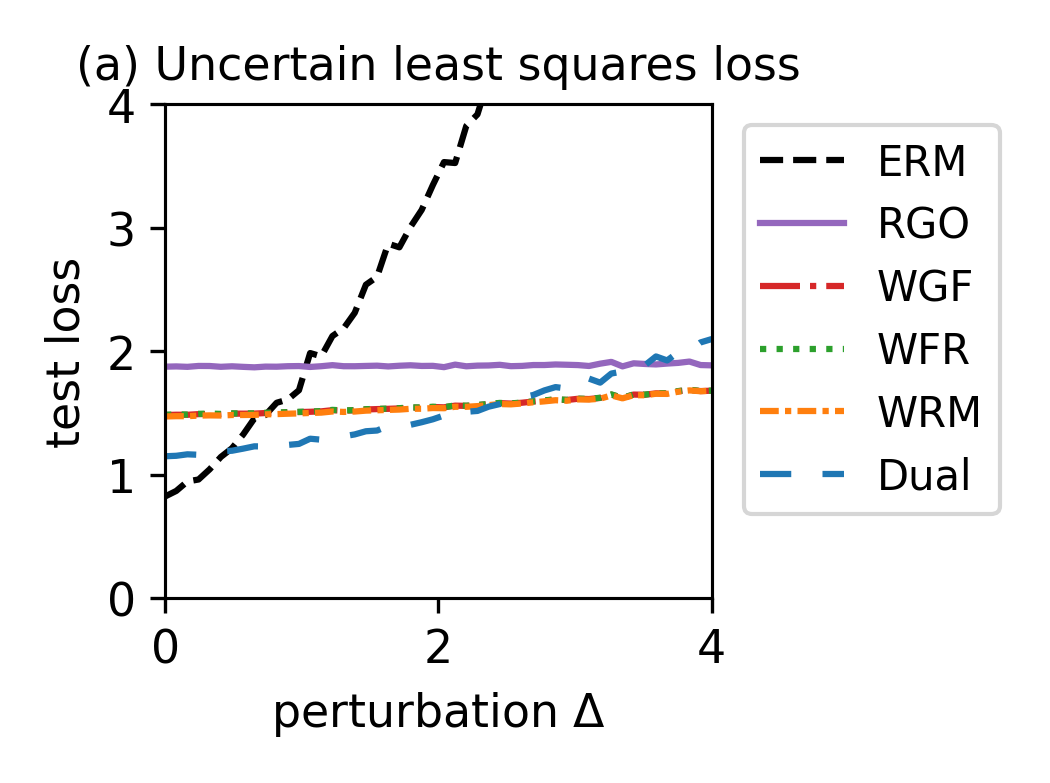
Repository: ZusenXu/GFS-DRO
Script's output: python uncertain_least_squares/uncertain_least_squares.py
The author's editor kept a copy of each file at every save. The script's output is drawn from the files as they stood at one save, then again after the next save.
Random numbers start from a fixed seed.

Above is the script's output before, as saved 2025-09-13 21:35:02.

### uncertain_least_squares/uncertain_least_squares.py
import numpy as np
import matplotlib.pyplot as plt
from scipy.optimize import minimize
from scipy.special import logsumexp

# --- 1. 实验设置与参数定义 ---
# 定义问题的维度
DIM_M = 10  # 矩阵 A 的行数
DIM_N = 10  # 矩阵 A 的列数 (theta 的维度)

# 定义训练/测试样本数量
N_TRAIN_SAMPLES = 20
N_TEST_SAMPLES = 1000

# 定义分布偏移的扰动范围
DELTA_MIN = 0.0
DELTA_MAX = 4.0
DELTA_STEPS = 50

# --- DRO 算法超参数 ---
N_EPOCHS = 50 # 外部优化的迭代轮数
LEARNING_RATE = 0.01 # 外部优化 theta 的学习率
LAMBDA_VAL = 0.2 # 正则化参数 lambda
EPSILON = 0.4 # 熵正则化参数 epsilon
GRAD_CLIP_THRESHOLD = 10.0 # 梯度裁剪阈值，防止梯度爆炸

# RGO (算法2) 特定参数
RGO_SMOOTHNESS_L = 0.5 # 假设的损失函数平滑度 L (需满足 LAMBDA_VAL > L/2)

# WGF (算法3), WFR (算法4), WRM 特定参数
K_INNER_STEPS = 50  # 内部循环迭代次数 K (现在作为基准次数)
INNER_STEP_SIZE = 0.01 # 内部循环步长 eta
WFR_WEIGHT_STEP_SIZE = 0.08 # WFR 中权重更新的步长

# WGF, WFR, RGO 特定参数
M_PARTICLES = 5 # 使用的粒子(样本)数量

# Dual 方法特定参数
SINKHORN_SAMPLE_LEVEL = 4 # Dual 方法的蒙特卡洛采样级别

# --- 2. 生成固定的问题实例 ---
np.random.seed(42)
A0 = np.random.randn(DIM_M, DIM_N)
A1 = np.random.randn(DIM_M, DIM_N)
b = np.random.randn(DIM_M)

# --- 3. 数据生成函数 ---
def generate_training_data(n_samples):
    return np.random.uniform(-0.5, 0.5, n_samples)

def generate_test_data(n_samples, delta):
    lower_bound = -0.5 * (1 + delta)
    upper_bound = 0.5 * (1 + delta)
    return np.random.uniform(lower_bound, upper_bound, n_samples)

# --- 4. 核心函数定义 (Vectorized) ---
def loss_function(theta, z):
    """ 计算单个样本或一批样本 z 的损失 f_theta(z) """
    z = np.atleast_1d(z)
    # A_z shape: (num_z, DIM_M, DIM_N)
    A_z = A0[np.newaxis, :, :] + z[:, np.newaxis, np.newaxis] * A1[np.newaxis, :, :]
    # residual shape: (num_z, DIM_M)
    residual = A_z @ theta - b[np.newaxis, :]
    # loss shape: (num_z,)
    loss = np.sum(residual**2, axis=1) / DIM_M
    return loss.squeeze()

def loss_grad_theta(theta, z):
    """ 计算损失函数关于 theta 的梯度 nabla_theta f_theta(z) for one or a batch of z """
    z = np.atleast_1d(z)
    # A_z shape: (num_z, DIM_M, DIM_N)
    A_z = A0[np.newaxis, :, :] + z[:, np.newaxis, np.newaxis] * A1[np.newaxis, :, :]
    # residual shape: (num_z, DIM_M)
    residual = A_z @ theta - b[np.newaxis, :]
    # grad shape: (num_z, DIM_N)
    grad = 2 * (A_z.transpose(0, 2, 1) @ residual[:, :, np.newaxis]).squeeze(axis=2)
    return grad.squeeze()

def loss_grad_z(theta, z):
    """ 计算损失函数关于 z 的梯度 nabla_z f_theta(z) for one or a batch of z """
    z = np.atleast_1d(z)
    # A_z shape: (num_z, DIM_M, DIM_N)
    A_z = A0[np.newaxis, :, :] + z[:, np.newaxis, np.newaxis] * A1[np.newaxis, :, :]
    # residual shape: (num_z, DIM_M)
    residual = A_z @ theta - b[np.newaxis, :]
    # grad_A_z is A1 @ theta, shape: (DIM_M,)
    grad_A_z = A1 @ theta
    # grad shape: (num_z,)
    grad = 2 * np.sum(residual * grad_A_z[np.newaxis, :], axis=1)
    return grad.squeeze()

# --- 5. ERM (经验风险最小化) 实现 ---
def erm_objective_function(theta, xi_samples):
    """ 计算 ERM 的目标函数值（平均损失）"""
    return np.mean(loss_function(theta, xi_samples))

def solve_erm(xi_train_samples):
    """ 使用优化器求解 ERM 问题 """
    initial_theta = np.zeros(DIM_N)
    result = minimize(
        erm_objective_function, initial_theta, args=(xi_train_samples,), method='BFGS')
    if not result.success:
        print("警告: ERM 优化过程可能未收敛。")
    return result.x

# --- 6. RGO (算法2) 实现 (Vectorized) ---
def solve_rgo(xi_train_samples):
    """ 使用 RGO 算法求解 Sinkhorn DRO """
    theta = np.zeros(DIM_N)
    num_train = len(xi_train_samples)

    def rgo_inner_objective(z, xi, current_theta):
        l = loss_function(current_theta, z.flatten()).reshape(z.shape)
        penalty = (z - xi)**2
        return -l / (LAMBDA_VAL * EPSILON) + penalty / EPSILON

    def rgo_inner_objective_grad_z(z, xi, current_theta):
        grad_l_z = loss_grad_z(current_theta, z)
        grad_penalty = 2 * (z - xi)
        return -grad_l_z / (LAMBDA_VAL * EPSILON) + grad_penalty

    for epoch in range(N_EPOCHS):
        # Stage 1: 使用梯度下降寻找 z* for all xi simultaneously
        z_k = xi_train_samples.copy()
        for _ in range(K_INNER_STEPS):
            grad = rgo_inner_objective_grad_z(z_k, xi_train_samples, theta)
            z_k -= INNER_STEP_SIZE * grad
        z_star_batch = z_k

        # Stage 2: Vectorized 拒绝采样 M_PARTICLES 次 for each xi
        variance = (LAMBDA_VAL * EPSILON) / (2 * LAMBDA_VAL - RGO_SMOOTHNESS_L)
        if variance <= 0: variance = 1e-6
        std_dev = np.sqrt(variance)

        z_star_expanded = z_star_batch[:, np.newaxis]
        xi_expanded = xi_train_samples[:, np.newaxis]

        final_accepted_samples = np.zeros((num_train, M_PARTICLES))
        active_flags = np.ones((num_train, M_PARTICLES), dtype=bool)

        for _ in range(100): # Max 100 attempts for vectorization
            if not np.any(active_flags): break

            proposals = np.random.normal(0, std_dev, size=(num_train, M_PARTICLES))
            z_candidates = z_star_expanded + proposals

            f_val_candidates = rgo_inner_objective(z_candidates, xi_expanded, theta)
            f_val_star = rgo_inner_objective(z_star_expanded, xi_expanded, theta)

            log_accept_prob = -f_val_candidates + f_val_star - (proposals**2 / (2*variance))

            acceptance_mask = np.log(np.random.rand(num_train, M_PARTICLES)) < log_accept_prob
            newly_accepted = acceptance_mask & active_flags

            final_accepted_samples[newly_accepted] = z_candidates[newly_accepted]
            active_flags[newly_accepted] = False

        if np.any(active_flags):
            final_accepted_samples[active_flags] = z_star_expanded[active_flags]

        all_grads = loss_grad_theta(theta, final_accepted_samples.flatten())
        avg_particle_grads = all_grads.reshape(num_train, M_PARTICLES, -1).mean(axis=1)
        total_grad = avg_particle_grads.sum(axis=0)

        avg_grad = total_grad / num_train
        grad_norm = np.linalg.norm(avg_grad)
        if grad_norm > GRAD_CLIP_THRESHOLD:
            avg_grad = avg_grad * GRAD_CLIP_THRESHOLD / grad_norm
        theta -= LEARNING_RATE * avg_grad

    return theta

# --- 7. Wasserstein Gradient Flow (WGF) 实现 (Vectorized) ---
def solve_wgf(xi_train_samples):
    """ 使用 Wasserstein Gradient Flow (WGF) 求解 Sinkhorn DRO """
    theta = np.zeros(DIM_N)
    num_train = len(xi_train_samples)

    def f_bar_grad_z(z, xi, current_theta):
        grad_f = loss_grad_z(current_theta, z)
        return grad_f - 2 * LAMBDA_VAL * (z - xi)

    for epoch in range(N_EPOCHS):
        particles = np.tile(xi_train_samples[:, np.newaxis], (1, M_PARTICLES))

        for _ in range(K_INNER_STEPS):
            particles_flat = particles.flatten()
            xi_expanded = np.repeat(xi_train_samples, M_PARTICLES)

            grad = f_bar_grad_z(particles_flat, xi_expanded, theta)
            noise = np.random.normal(0, 1, size=particles_flat.shape)

            updated_particles_flat = particles_flat + INNER_STEP_SIZE * grad + np.sqrt(2 * INNER_STEP_SIZE * LAMBDA_VAL * EPSILON) * noise
            particles = updated_particles_flat.reshape(num_train, M_PARTICLES)

        all_grads = loss_grad_theta(theta, particles.flatten())
        avg_particle_grads = all_grads.reshape(num_train, M_PARTICLES, -1).mean(axis=1)
        total_grad = avg_particle_grads.sum(axis=0)

        avg_grad = total_grad / num_train
        grad_norm = np.linalg.norm(avg_grad)
        if grad_norm > GRAD_CLIP_THRESHOLD:
            avg_grad = avg_grad * GRAD_CLIP_THRESHOLD / grad_norm
        theta -= LEARNING_RATE * avg_grad

    return theta

# --- 8. WFR Flow (算法4) 实现 (Vectorized) ---
def solve_wfr(xi_train_samples):
    """ 使用 WFR Flow 求解 Sinkhorn DRO """
    theta = np.zeros(DIM_N)
    num_train = len(xi_train_samples)

    def f_bar_grad_z(z, xi, current_theta):
        grad_f = loss_grad_z(current_theta, z)
        return grad_f - 2 * LAMBDA_VAL * (z - xi)

    for epoch in range(N_EPOCHS):
        particles = np.tile(xi_train_samples[:, np.newaxis], (1, M_PARTICLES))
        weights = np.full((num_train, M_PARTICLES), 1.0 / M_PARTICLES)

        for _ in range(K_INNER_STEPS):
            particles_flat = particles.flatten()
            xi_expanded = np.repeat(xi_train_samples, M_PARTICLES)

            grad = f_bar_grad_z(particles_flat, xi_expanded, theta)
            noise = np.random.normal(0, 1, size=particles_flat.shape)
            updated_particles_flat = particles_flat + INNER_STEP_SIZE * grad + np.sqrt(2 * INNER_STEP_SIZE * LAMBDA_VAL * EPSILON) * noise
            particles = updated_particles_flat.reshape(num_train, M_PARTICLES)

            f_bar_val = loss_function(theta, particles.flatten()).reshape(particles.shape) - LAMBDA_VAL * (particles - xi_train_samples[:, np.newaxis])**2
            weights = (weights**(1 - LAMBDA_VAL * EPSILON * WFR_WEIGHT_STEP_SIZE)) * np.exp(WFR_WEIGHT_STEP_SIZE * f_bar_val)

            sum_weights = np.sum(weights, axis=1, keepdims=True)
            weights /= (sum_weights + 1e-9)

        all_grads = loss_grad_theta(theta, particles.flatten()).reshape(num_train, M_PARTICLES, -1)
        weighted_grads = np.sum(weights[:, :, np.newaxis] * all_grads, axis=1)
        total_grad = np.sum(weighted_grads, axis=0)

        avg_grad = total_grad / num_train
        grad_norm = np.linalg.norm(avg_grad)
        if grad_norm > GRAD_CLIP_THRESHOLD:
            avg_grad = avg_grad * GRAD_CLIP_THRESHOLD / grad_norm
        theta -= LEARNING_RATE * avg_grad

    return theta

# --- 9. WRM (Wasserstein Robust Method) 实现 (Vectorized) ---
def solve_wrm(xi_train_samples):
    """ 使用 WRM (确定性内部优化) 求解 """
    theta = np.zeros(DIM_N)
    num_train = len(xi_train_samples)

    def f_bar_grad_z(z, xi, current_theta):
        grad_f = loss_grad_z(current_theta, z)
        return grad_f - 2 * LAMBDA_VAL * (z - xi)

    for epoch in range(N_EPOCHS):
        z_k = xi_train_samples.copy()
        for _ in range(K_INNER_STEPS):
            grad = f_bar_grad_z(z_k, xi_train_samples, theta)
            z_k += INNER_STEP_SIZE * grad

        total_grad = loss_grad_theta(theta, z_k).sum(axis=0)

        avg_grad = total_grad / num_train
        grad_norm = np.linalg.norm(avg_grad)
        if grad_norm > GRAD_CLIP_THRESHOLD:
            avg_grad = avg_grad * GRAD_CLIP_THRESHOLD / grad_norm
        theta -= LEARNING_RATE * avg_grad

    return theta

# --- 10. Dual Method (对偶方法) 实现 (Vectorized) ---
def solve_dual(xi_train_samples):
    """ 使用对偶方法求解 Sinkhorn DRO """
    theta = np.zeros(DIM_N)
    num_train = len(xi_train_samples)

    levels = np.arange(SINKHORN_SAMPLE_LEVEL + 1)
    numerators = 2.0**(-levels)
    denominator = 2.0 - 2.0**(-SINKHORN_SAMPLE_LEVEL)
    probabilities = numerators / denominator

    for _ in range(N_EPOCHS):
        sampled_level = np.random.choice(levels, p=probabilities)
        m = 2**sampled_level

        noise = np.random.randn(num_train, m) * np.sqrt(EPSILON)
        z_samples = xi_train_samples[:, np.newaxis] + noise

        v = loss_function(theta, z_samples.flatten()).reshape(num_train, m) / (LAMBDA_VAL * EPSILON)

        v_max = np.max(v, axis=1, keepdims=True)
        weights = np.exp(v - v_max)
        weights /= np.sum(weights, axis=1, keepdims=True)

        grads = loss_grad_theta(theta, z_samples.flatten()).reshape(num_train, m, -1)
        weighted_grads = np.sum(weights[:, :, np.newaxis] * grads, axis=1)
        total_grad = np.sum(weighted_grads, axis=0)

        avg_grad = total_grad / num_train
        grad_norm = np.linalg.norm(avg_grad)
        if grad_norm > GRAD_CLIP_THRESHOLD:
            avg_grad = avg_grad * GRAD_CLIP_THRESHOLD / grad_norm
        theta -= LEARNING_RATE * avg_grad

    return theta

# --- 11. 实验执行与评估 ---
def run_experiment():
    """ 执行完整的实验流程 """
    xi_train = generate_training_data(N_TRAIN_SAMPLES)

    print("正在求解 ERM 模型...")
    theta_erm = solve_erm(xi_train)
    print("正在求解 RGO 模型...")
    theta_rgo = solve_rgo(xi_train)
    print("正在求解 WGF 模型...")
    theta_wgf = solve_wgf(xi_train)
    print("正在求解 WFR 模型...")
    theta_wfr = solve_wfr(xi_train)
    print("正在求解 WRM 模型...")
    theta_wrm = solve_wrm(xi_train)
    print("正在求解 Dual 模型...")
    theta_dual = solve_dual(xi_train)
    print("所有模型求解完成。")

    delta_values = np.linspace(DELTA_MIN, DELTA_MAX, DELTA_STEPS)
    results = {'ERM': [], 'RGO': [], 'WGF': [], 'WFR': [], 'WRM': [], 'Dual': []}
    models = {
        'ERM': theta_erm, 'RGO': theta_rgo, 'WGF': theta_wgf,
        'WFR': theta_wfr, 'WRM': theta_wrm, 'Dual': theta_dual
    }

    print("正在评估所有模型...")
    for delta in delta_values:
        xi_test = generate_test_data(N_TEST_SAMPLES, delta)
        for name, theta in models.items():
            test_loss = erm_objective_function(theta, xi_test)
            results[name].append(test_loss)

    print("评估完成。")
    return delta_values, results

# --- 12. 结果可视化 ---
def plot_results(delta_values, results):
    """ 绘制所有模型损失随扰动 delta 变化的曲线 """
    fig, ax = plt.subplots(figsize=(3.5, 2.613), dpi=300)

    styles = {
        'ERM': {'color': 'k', 'linestyle': '--'},
        'RGO': {'color': '#9467bd', 'linestyle': '-'},
        'WGF': {'color': '#d62728', 'linestyle': '-.'},
        'WFR': {'color': '#2ca02c', 'linestyle': ':'},
        'WRM': {'color': '#ff7f0e', 'linestyle': (0, (3, 1, 1, 1))}, # orange, dashdotdot
        'Dual': {'color': '#1f77b4', 'linestyle': (0, (5, 5))} # blue, dashed
    }

    for name, losses in results.items():
        ax.plot(delta_values, losses, linewidth=1.5, label=name, **styles[name])

    ax.set_title('(a) Uncertain least squares loss', fontsize=11)
    ax.set_xlabel('perturbation $\Delta$', fontsize=11)
    ax.set_ylabel('test loss', fontsize=11)
    ax.tick_params(axis='both', which='major', labelsize=11)
    for spine in ax.spines.values():
        spine.set_linewidth(0.75)
    ax.set_xlim(0, 4)
    ax.set_ylim(0, 4)
    ax.grid(False)
    ax.legend(fontsize=10)
    ax.legend(loc='upper left', bbox_to_anchor=(1.02, 1))
    plt.tight_layout()
    plt.savefig('uncertain_least_squares_results.png', dpi=300)
    plt.show()

# --- 主程序入口 ---
if __name__ == '__main__':
    with np.errstate(all='ignore'):
        delta_vals, all_results = run_experiment()
        plot_results(delta_vals, all_results)

After the next save:
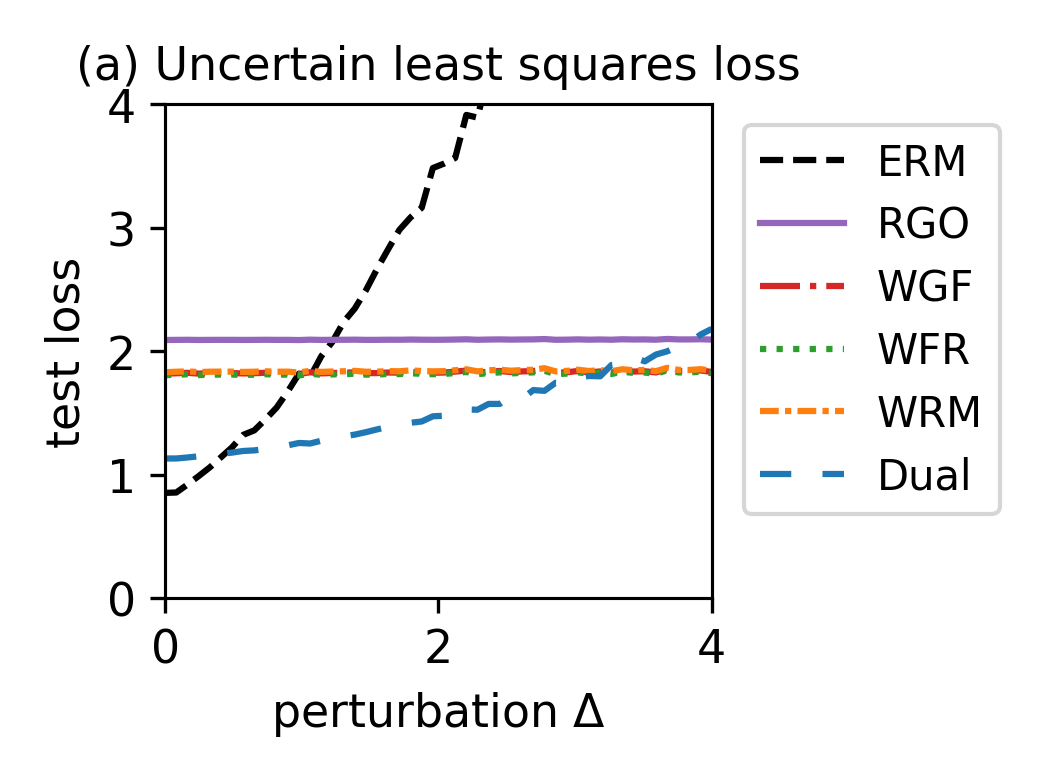
Saved 20 s later.
--- a/uncertain_least_squares/uncertain_least_squares.py
+++ b/uncertain_least_squares/uncertain_least_squares.py
@@ -29,7 +29,7 @@ RGO_SMOOTHNESS_L = 0.5 # 假设的损失函数平滑度 L (需满足 LAMBDA_VAL
 
 # WGF (算法3), WFR (算法4), WRM 特定参数
 K_INNER_STEPS = 50  # 内部循环迭代次数 K (现在作为基准次数)
-INNER_STEP_SIZE = 0.01 # 内部循环步长 eta
+INNER_STEP_SIZE = 0.1 # 内部循环步长 eta
 WFR_WEIGHT_STEP_SIZE = 0.08 # WFR 中权重更新的步长
 
 # WGF, WFR, RGO 特定参数
